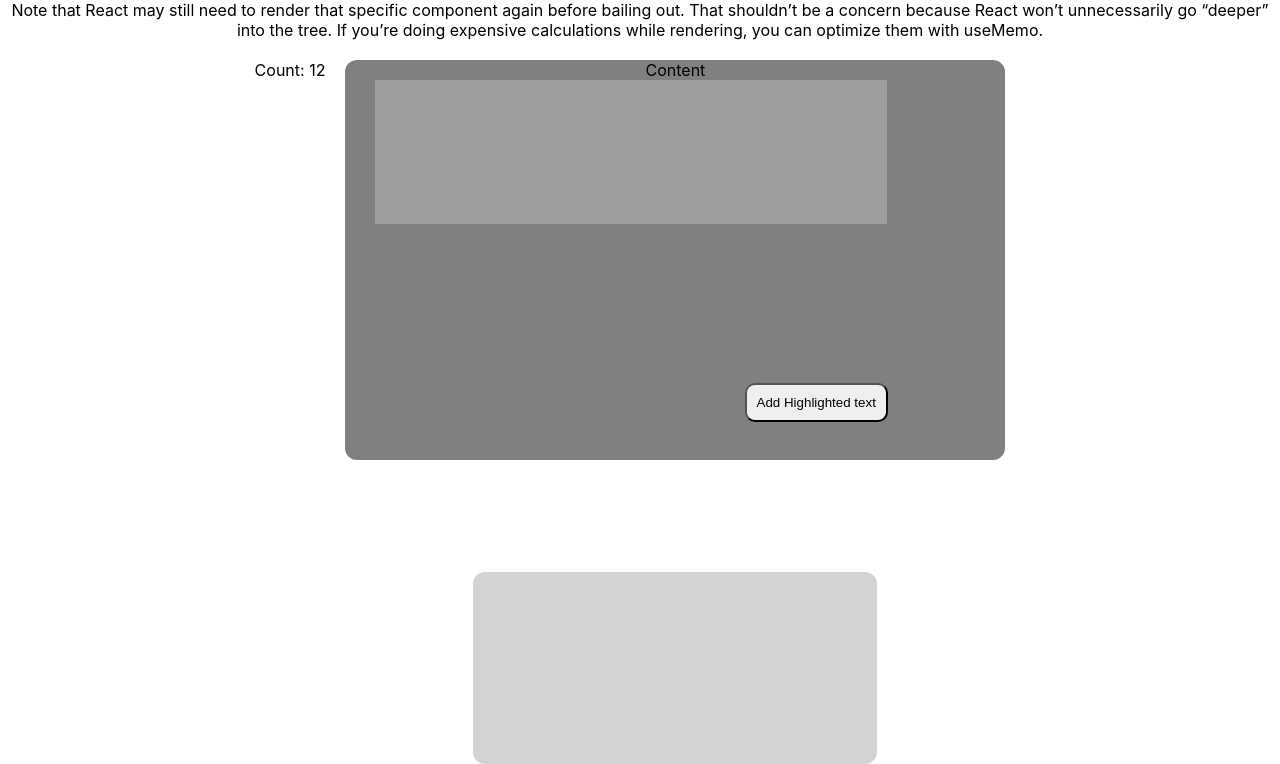
Repository: Farbod29/React-text-highlighter-with-hook-
Page: /
The author's editor kept a copy of each file at every save. The page is drawn from the files as they stood at one save, then again after a run of saves.
The browser window is 1280 px wide. The pictures show the whole page.
Pictures or frames that could not be fetched are drawn as grey boxes. The project was rebuilt for these pictures with package versions that can differ from the ones it lists, and the page was loaded fresh each time.

Above is the page before, as saved 2022-02-18 21:59:18.

After the next 2 saves:
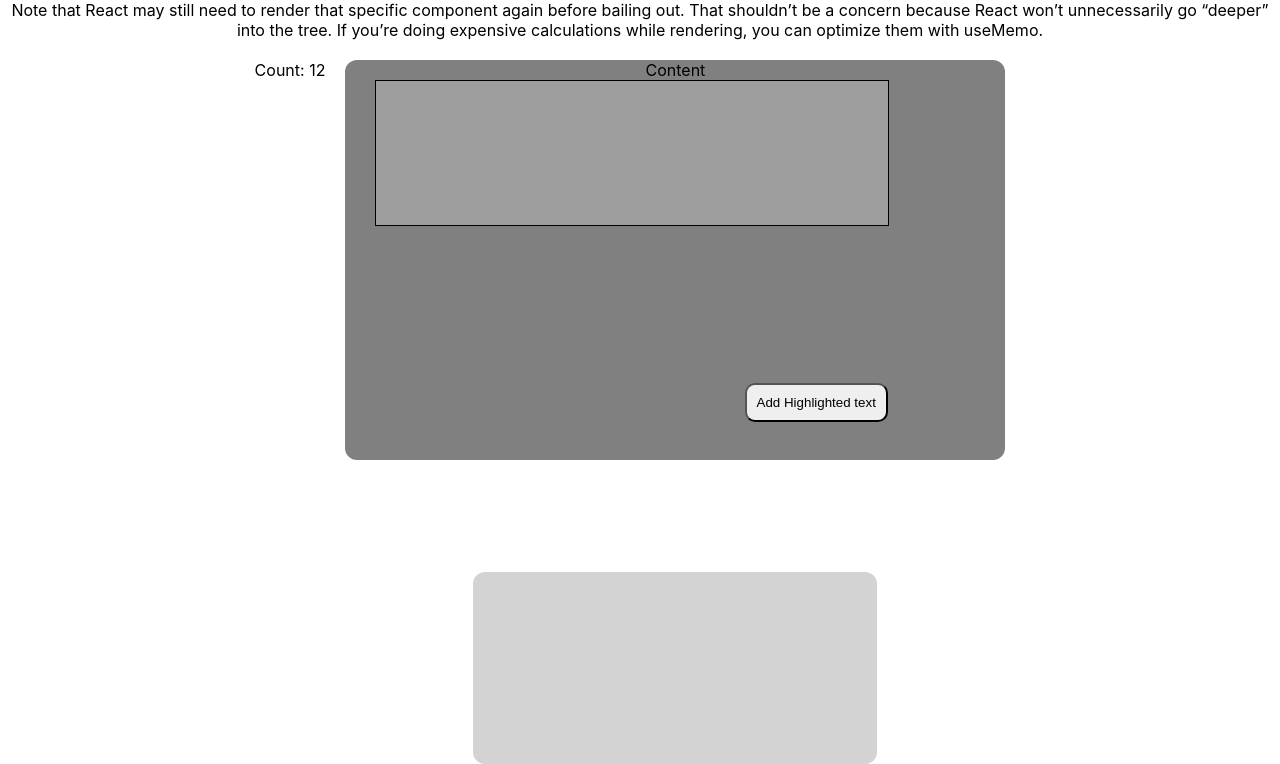
The 2 saves are shown as one change because they came seconds apart.
The last was saved 28 s later.
--- a/src/highlighter.js
+++ b/src/highlighter.js
@@ -50,6 +50,7 @@ export default function Highlighter() {
             height: '20vh',
             width: '40vw',
             position: 'absolute',
+            border: '1px solid',
             left: 30,
             top: 20,
           }}
